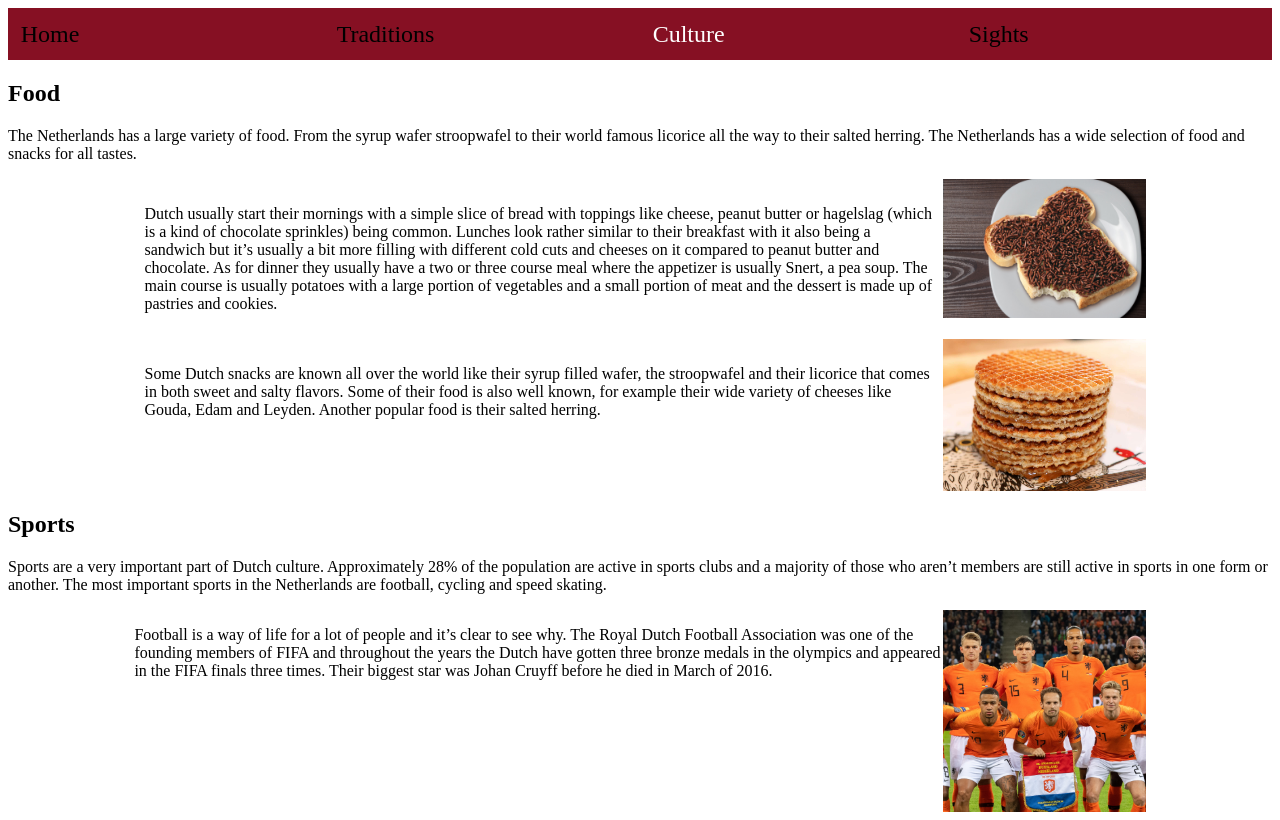
Repository: Cornman63/The-netherlands
Page: html/culture2.html
The author's editor kept a copy of each file at every save. The page is drawn from the files as they stood at one save, then again after the next save.
The browser window is 1280 px wide. The pictures show the whole page.

Above is the page before, as saved 2023-05-26 13:17:03.

After the next save:
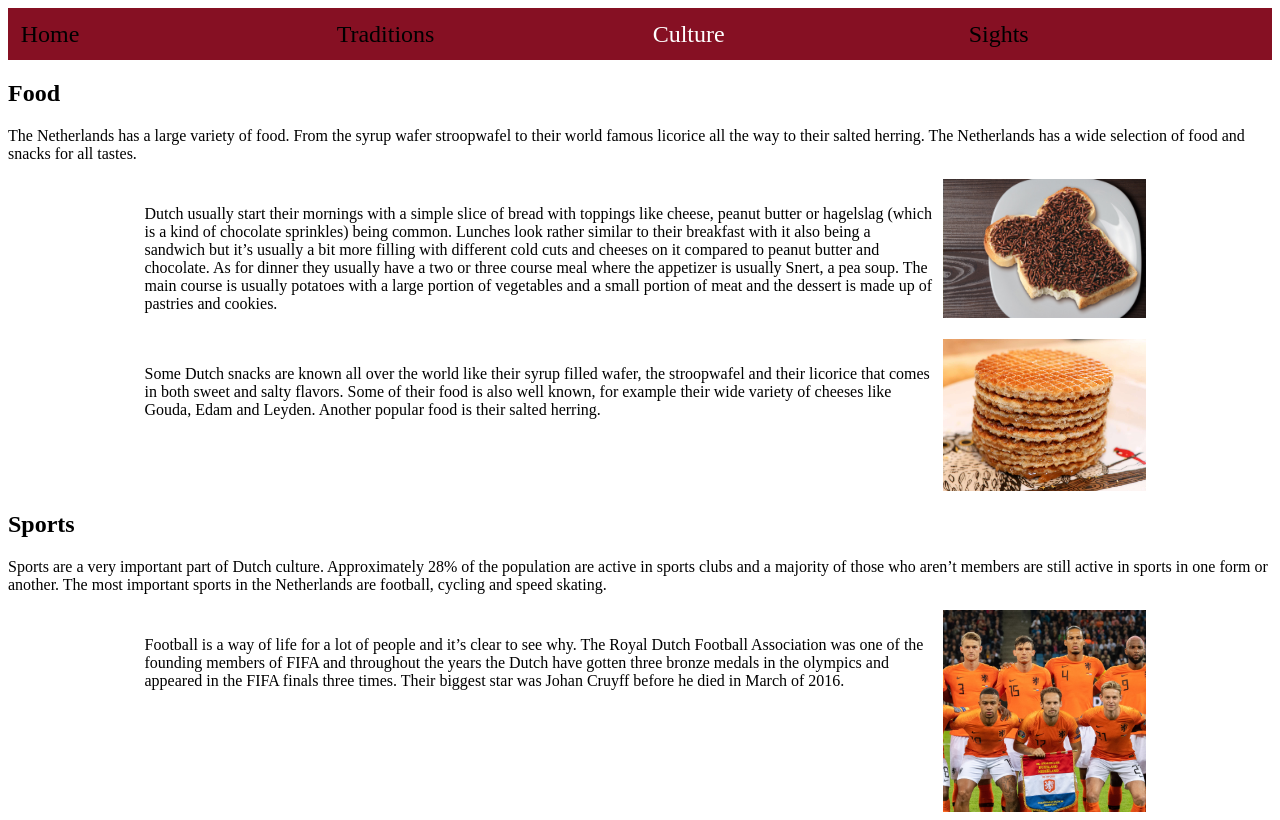
Saved 35 s later.
--- a/html/culture2.html
+++ b/html/culture2.html
@@ -37,7 +37,7 @@
         </div>
         <div class="sportmain">
             <div class="item">
-            <p>Football is a way of life for a lot of people and it’s clear to see why. The Royal Dutch Football Association was one of the founding members of FIFA and throughout the years the Dutch have gotten three bronze medals in the olympics and appeared in the FIFA finals three times. Their biggest star was Johan Cruyff before he died in March of 2016. </p>
+            <p class="par">Football is a way of life for a lot of people and it’s clear to see why. The Royal Dutch Football Association was one of the founding members of FIFA and throughout the years the Dutch have gotten three bronze medals in the olympics and appeared in the FIFA finals three times. Their biggest star was Johan Cruyff before he died in March of 2016. </p>
             <img src="../images/football.jpg" alt="dutch football" class="img">
             </div>
         </div>
